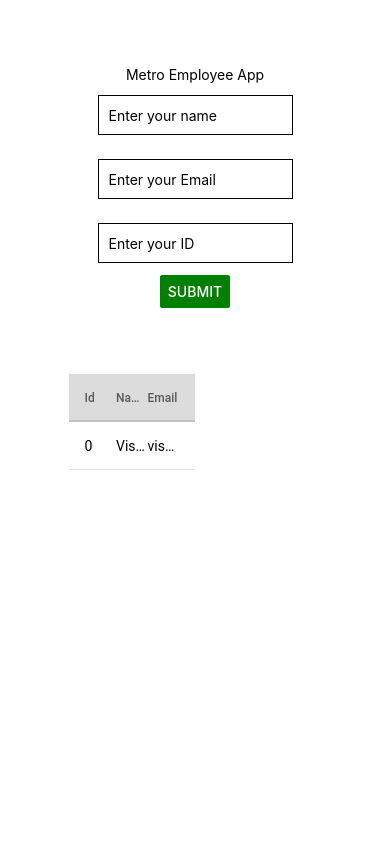
Repository: VishnuJG/Metro-Employee-App
Screen: /
These files come from the project's save history. The screen is drawn as it stood at one moment and after a run of saves; the edit follows.
The app was drawn by React Native's web renderer in a window 390 px wide. The project was rebuilt for these pictures with package versions that can differ from the ones it lists, and the page was loaded fresh each time. Some packages were replaced by stand-ins written for this rebuild. Also part of the build but not shown: components/Task.js.

Above is the screen before, as saved 2022-06-28 14:59:10.

### App.js
import { StatusBar } from 'expo-status-bar';
import React, { useState } from "react";
import { StyleSheet, Text, View, TextInput, Button, Alert, ScrollView} from 'react-native';
import { useDimensions } from '@react-native-community/hooks';
import Task from './components/Task';
import { DataTable } from "react-native-paper";
import Table from './components/Table';


export default function App() {

  // const {landscape}=useDimensions();
  const [emp, onEmpUpdate] = useState([{ id: 0, name: " Vishnu J G", email:"vishnu.jg@metro-gsc.in" }]);
  const [name, onChangeName] = useState("");
  const [email, onChangeEmail] = useState("");
  const [id, onChangeid] = useState(null);
  const onSubmit=(e)=>{
    e.preventDefault();
    if(!name){
      Alert.alert('Invalid Name', 'Invalid Name field',[{text: 'Okay', onPress:()=>{console.log("Okay Pressed")}},{text: 'No', onPress:()=>{console.log("No Pressed")}}])
    }
    if(!email){
      Alert.alert('Invalid Email', 'Invalid Email field',[{text: 'Okay', onPress:()=>{console.log("Okay Pressed")}},{text: 'No', onPress:()=>{console.log("No Pressed")}}])
    }
    if(!/\S+@\S+\.\S+/.test(email)){
      Alert.alert('Invalid Email', 'Invalid Email field',[{text: 'Okay', onPress:()=>{console.log("Okay Pressed")}},{text: 'No', onPress:()=>{console.log("No Pressed")}}])
    }
    if(!id){
      Alert.alert('Invalid Id', 'Invalid ID field',[{text: 'Okay', onPress:()=>{console.log("Okay Pressed")}},{text: 'No', onPress:()=>{console.log("No Pressed")}}])
    }
    console.log(name);
    console.log(email);
    console.log(id);
    const newEmp={id, name, email};
    onChangeName('');
    onChangeEmail('');
    onChangeid(null);
    onEmpUpdate([...emp, newEmp]);
  }
  return (
    <View style={styles.container} >
        <View style={styles.container}>
        <Text>Metro Employee App</Text>

        <TextInput
          style={styles.input}
          onChangeText={onChangeName}
          placeholder="Enter your name"
          value={name}
        />
        <TextInput
          style={styles.input}
          onChangeText={onChangeEmail}
          value={email}
          placeholder="Enter your Email"
          // keyboardType="numeric"
        />

        <TextInput
          style={styles.input}
          onChangeText={onChangeid}
          value={id}
          placeholder="Enter your ID"
          keyboardType="numeric"
        />
        <Button title="Submit"
          color="green"
          onPress={onSubmit}
          /></View>
        {/* <View style={{flex:0.5, flexDirection: 'column'}}>
        {emp.map((newid)=>(<Task key={newid.id} ename={newid.name} eid={newid.id} eemail={newid.email}/>))}
        </View> */}
        <ScrollView vertical horizontal>
        <DataTable style={{flex:0.5, flexDirection: 'column', justifyContent: 'flex-start',}} >
          <DataTable.Header style={styles.tableHeader}>
            <DataTable.Title>Id</DataTable.Title>
            <DataTable.Title>Name</DataTable.Title>
            <DataTable.Title>Email</DataTable.Title>
          </DataTable.Header>
          {emp.map((newid)=>(<Table key={newid.id} ename={newid.name} eid={newid.id} eemail={newid.email}/>))}
        </DataTable>
        </ScrollView>
    </View>
  );
}

const styles = StyleSheet.create({
  container: {
    flex: 1,
    flexDirection: 'column',
    backgroundColor: '#fff',
    alignItems: 'center',
    justifyContent: 'center',
    fontSize: 20,
    // paddingTop:20,
    width:'100%',
  },
  input: {
    height: 40,
    margin: 12,
    borderWidth: 1,
    width:'50%',
    padding: 10,
  },
  tableHeader: {
    backgroundColor: '#DCDCDC',
  },

});

### components/Table.js
import { StatusBar } from 'expo-status-bar';
import React, { useState } from "react";
import { StyleSheet, Text, View, TextInput, Button, Alert} from 'react-native';
import { useDimensions } from '@react-native-community/hooks';
import { DataTable } from "react-native-paper";


export default function Table(props) {
  console.log("Hello");
  return (
    <DataTable.Row>
            <DataTable.Cell>{props.eid}</DataTable.Cell>
            <DataTable.Cell>{props.ename}</DataTable.Cell>
            <DataTable.Cell>{props.eemail}</DataTable.Cell>
    </DataTable.Row>


  );
}

const styles = StyleSheet.create({
  employee:{
    width:'100%',
    flex:1,
    // flexDirection:'row',
    // justifyContent: 'flex-start',
  }
});

After the next 2 saves:
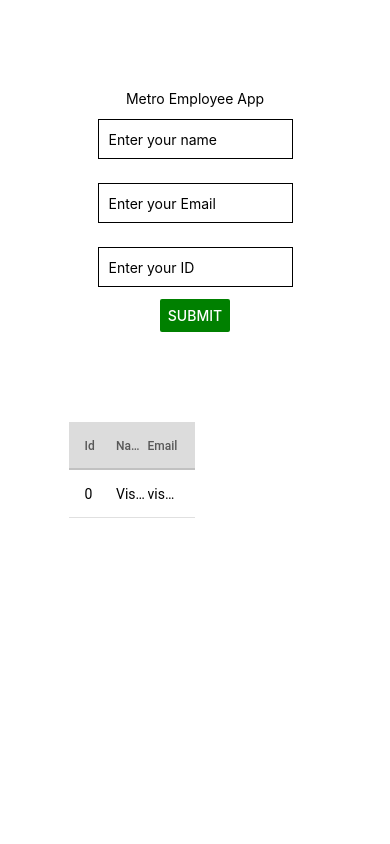
The 2 saves are shown as one change because they came seconds apart.
The last was saved 12 s later.
--- a/App.js
+++ b/App.js
@@ -70,7 +70,7 @@ export default function App() {
         {/* <View style={{flex:0.5, flexDirection: 'column'}}>
         {emp.map((newid)=>(<Task key={newid.id} ename={newid.name} eid={newid.id} eemail={newid.email}/>))}
         </View> */}
-        <ScrollView vertical horizontal>
+        <ScrollView vertical horizontal style={{flex:1}}>
         <DataTable style={{flex:0.5, flexDirection: 'column', justifyContent: 'flex-start',}} >
           <DataTable.Header style={styles.tableHeader}>
             <DataTable.Title>Id</DataTable.Title>
